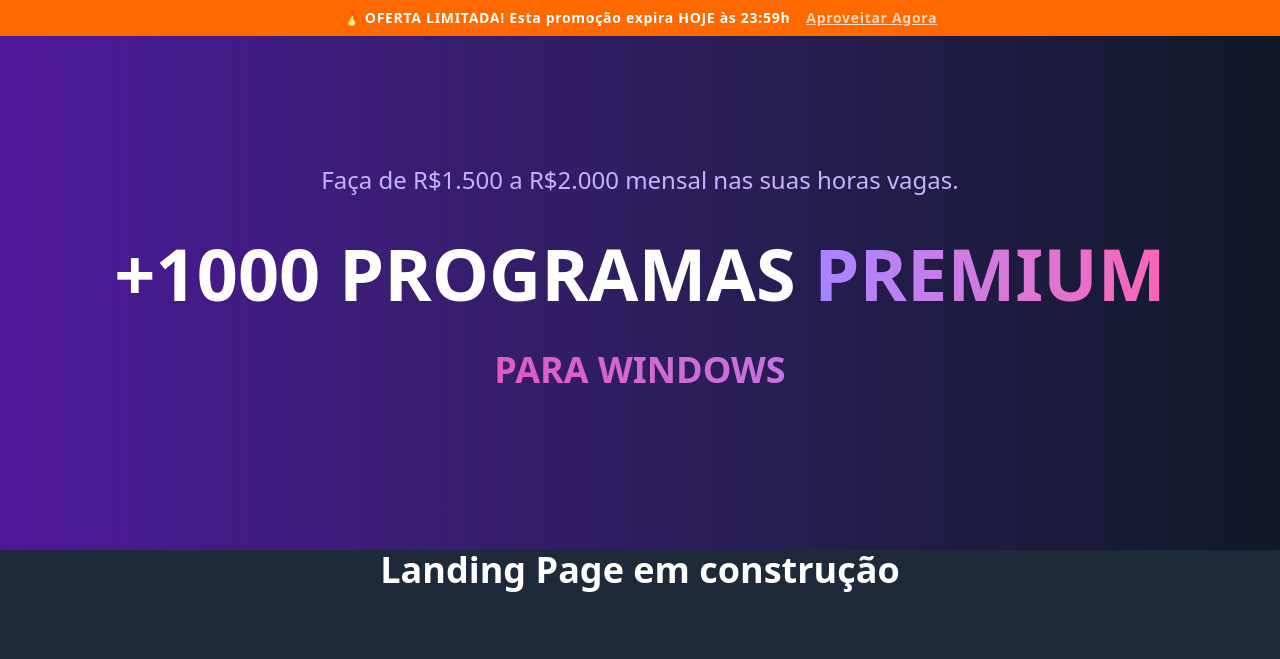
Repository: estevam02009/jhinformatica
Page: /
These files come from the project's save history. The page is drawn as it stood at one moment and after the next save; the edit follows.
The browser window is 1280 px wide. The pictures show the whole page.
The project was rebuilt for these pictures with package versions that can differ from the ones it lists, and the page was loaded fresh each time. Also part of the build but not shown: vite.config.js.

Above is the page before, as saved 2025-10-27 09:13:00.

### index.html
<!doctype html>
<html lang="en">
  <head>
    <meta charset="UTF-8" />
    <link rel="icon" type="image/svg+xml" href="/vite.svg" />
    <meta name="viewport" content="width=device-width, initial-scale=1.0" />
    <title>jhinformatica</title>
  </head>
  <body>
    <div id="root"></div>
    <script type="module" src="/src/main.jsx"></script>
  </body>
</html>

### src/App.jsx
import PromoBar from "./components/PromoBar"
import HeroSection from "./components/HeroSection"
function App() {

  return (
    <div className="min-h-screen bg-gray-800">
      <PromoBar />
      <HeroSection />
      <main className="container mx-auto flex items-center justify-center">
        <h1 className="text-white text-4xl font-bold">
          Landing Page em construção
        </h1>
      </main>
    </div>
  )

}

export default App

### src/components/PromoBar.jsx
import React from "react";

const PromoBar = () => {
    return (
        // extrutura da barra promocional
        <div className="bg-orange-500 text-white p-2 text-center text-sm font-semibold tracking-wider"><div className="container mx-auto flex justify-center items-center"></div>
            <div className="container mx-auto flex justify-center items-center">
                <span>
                    🔥 OFERTA LIMITADA! Esta promoção expira HOJE às 23:59h
                </span>

                <a href="#" className="ml-4 underline hover:text-orange-900 transition duration-300 animate-pulse">
                    Aproveitar Agora
                </a>
            </div>
        </div>
    )
}

export default PromoBar;

### src/components/HeroSection.jsx
import React from 'react';

const HeroSection = () => {
    return (
        <section className='bg-gradient-to-r from-violet-900 to-gray-900 py-20 md:py-32'>
            <div className='container mx-auto px-4 text-center'>
                <p className="text-xl md:text-2xl text-violet-300 mb-8 max-w-3xl mx-auto">
                    Faça de R$1.500 a R$2.000 mensal nas suas horas vagas.
                </p>
                <h1 className='text-5xl md:text-7xl font-extrabold text-white mb-4 leading-tight'>
                    +1000 PROGRAMAS <span className='bg-clip-text text-transparent bg-gradient-to-r from-violet-400 to-pink-400'>PREMIUM</span>
                </h1>
                <h2 className='text-3xl md:text-4xl font-bold mt-8 mb-8 max-w-4xl mx-auto bg-clip-text text-transparent bg-gradient-to-r from-pink-500 to-violet-400'>PARA WINDOWS</h2>
            </div>
        </section>
    );
}

export default HeroSection;

Loaded but not shown: src/main.jsx (common file); src/index.css (common file)

After the next save:
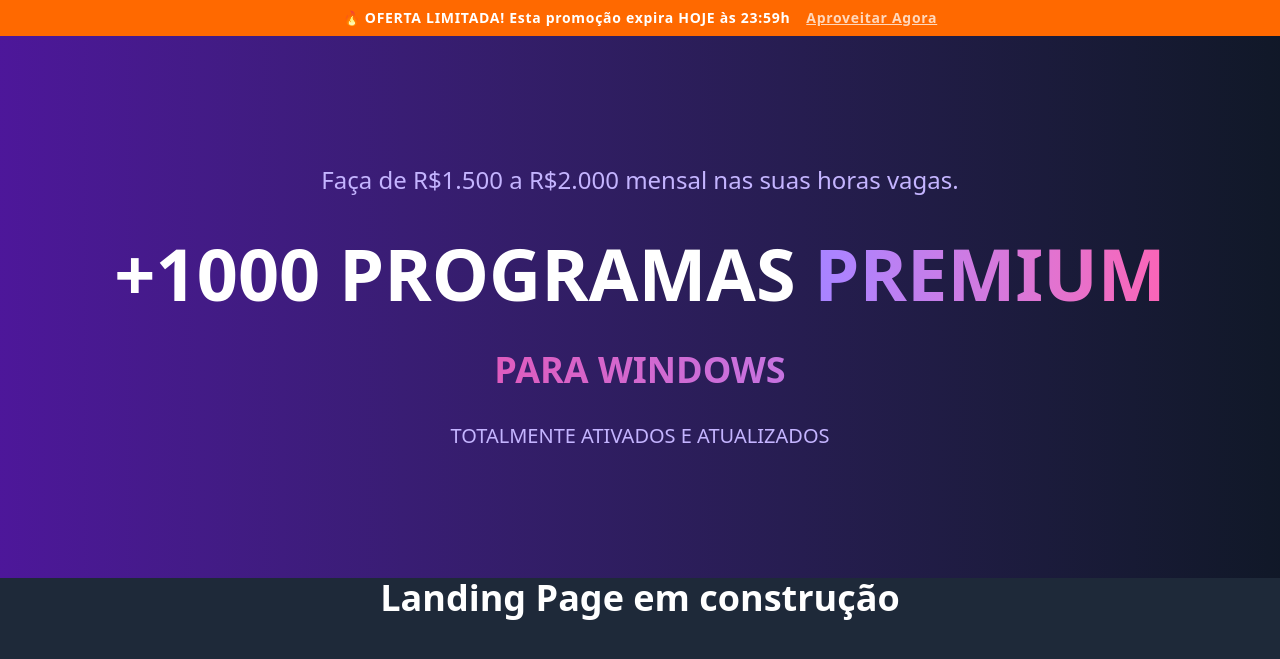
Saved 3 min 27 s later.
--- a/src/components/HeroSection.jsx
+++ b/src/components/HeroSection.jsx
@@ -11,6 +11,7 @@
                     +1000 PROGRAMAS <span className='bg-clip-text text-transparent bg-gradient-to-r from-violet-400 to-pink-400'>PREMIUM</span>
                 </h1>
                 <h2 className='text-3xl md:text-4xl font-bold mt-8 mb-8 max-w-4xl mx-auto bg-clip-text text-transparent bg-gradient-to-r from-pink-500 to-violet-400'>PARA WINDOWS</h2>
+                <p className='text-lg md:text-xl text-violet-300'>TOTALMENTE ATIVADOS E ATUALIZADOS</p>
             </div>
         </section>
     );
